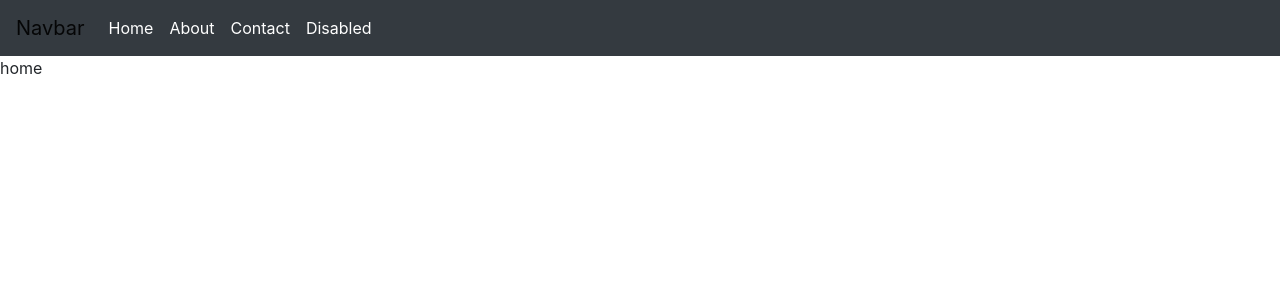
Repository: syawal2kalii/parsinta_clone_model
Page: http://localhost/home
These files come from the project's save history. The page is drawn as it stood at one moment and after the next save; the edit follows.
The browser window is 1280 px wide. The pictures show the whole page.
The page is served by the project's Laravel application, run on PHP 8.4 with Laravel 8. Other server files are loaded and not shown.

Above is the page before, as saved 2019-12-26 15:14:14.

### routes/web.php
<?php

/*
|--------------------------------------------------------------------------
| Web Routes
|--------------------------------------------------------------------------
|
| Here is where you can register web routes for your application. These
| routes are loaded by the RouteServiceProvider within a group which
| contains the "web" middleware group. Now create something great!
|
*/

Route::get('/', function () {
    return view('welcome');
});

Route::get('/home', function () {
    return view('home');
});

Route::get('/about', function () {
    return view('about');
});

Route::get('/contact', function () {
    return view('contack');
});

### resources/views/home.blade.php
@extends('layout.master')
@section('title')
    home
@endsection
@section('content')
    home
@endsection

### resources/views/layout/master.blade.php
<!DOCTYPE html>
<html lang="en">
<head>
    <meta charset="UTF-8">
    <meta name="viewport" content="width=device-width, initial-scale=1.0">
    <meta http-equiv="X-UA-Compatible" content="ie=edge">
    <link rel="stylesheet" href="https://stackpath.bootstrapcdn.com/bootstrap/4.4.1/css/bootstrap.min.css" integrity="sha384-Vkoo8x4CGsO3+Hhxv8T/Q5PaXtkKtu6ug5TOeNV6gBiFeWPGFN9MuhOf23Q9Ifjh" crossorigin="anonymous">
    <title>@yield('title')</title>
</head>
<body>
   @include('layout.navigation')
   @yield('content')



   <script src="https://code.jquery.com/jquery-3.4.1.slim.min.js" integrity="sha384-J6qa4849blE2+poT4WnyKhv5vZF5SrPo0iEjwBvKU7imGFAV0wwj1yYfoRSJoZ+n" crossorigin="anonymous"></script>
   <script src="https://cdn.jsdelivr.net/npm/popper.js@1.16.0/dist/umd/popper.min.js" integrity="sha384-Q6E9RHvbIyZFJoft+2mJbHaEWldlvI9IOYy5n3zV9zzTtmI3UksdQRVvoxMfooAo" crossorigin="anonymous"></script>
   <script src="https://stackpath.bootstrapcdn.com/bootstrap/4.4.1/js/bootstrap.min.js" integrity="sha384-wfSDF2E50Y2D1uUdj0O3uMBJnjuUD4Ih7YwaYd1iqfktj0Uod8GCExl3Og8ifwB6" crossorigin="anonymous"></script>
</body>
</html>

### resources/views/layout/navigation.blade.php
<nav class="navbar navbar-expand-lg navbar-light bg-dark">
        <a class="navbar-brand" href="#">Navbar</a>
        <button class="navbar-toggler" type="button" data-toggle="collapse" data-target="#navbarNavAltMarkup" aria-controls="navbarNavAltMarkup" aria-expanded="false" aria-label="Toggle navigation">
          <span class="navbar-toggler-icon"></span>
        </button>
        <div class="collapse navbar-collapse" id="navbarNavAltMarkup">
          <div class="navbar-nav">
            <a class="nav-item nav-link active text-white" href="/home">Home <span class="sr-only">(current)</span></a>
            <a class="nav-item nav-link text-white" href="/about">About</a>
            <a class="nav-item nav-link text-white" href="/contact">Contact</a>
            <a class="nav-item nav-link text-white disabled" href="#" tabindex="-1" aria-disabled="true">Disabled</a>
          </div>
        </div>
</nav>

After the next save:
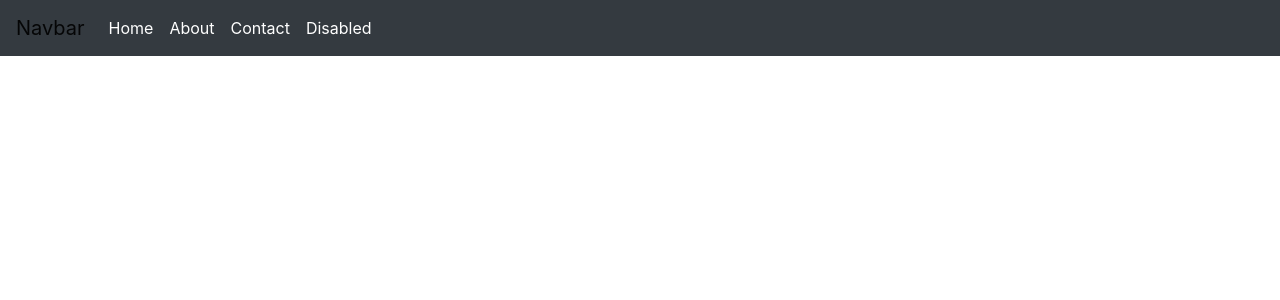
Saved 95 s later.
--- a/resources/views/home.blade.php
+++ b/resources/views/home.blade.php
@@ -3,5 +3,7 @@
     home
 @endsection
 @section('content')
-    home
+    <div class="container">
+
+    </div>
 @endsection
